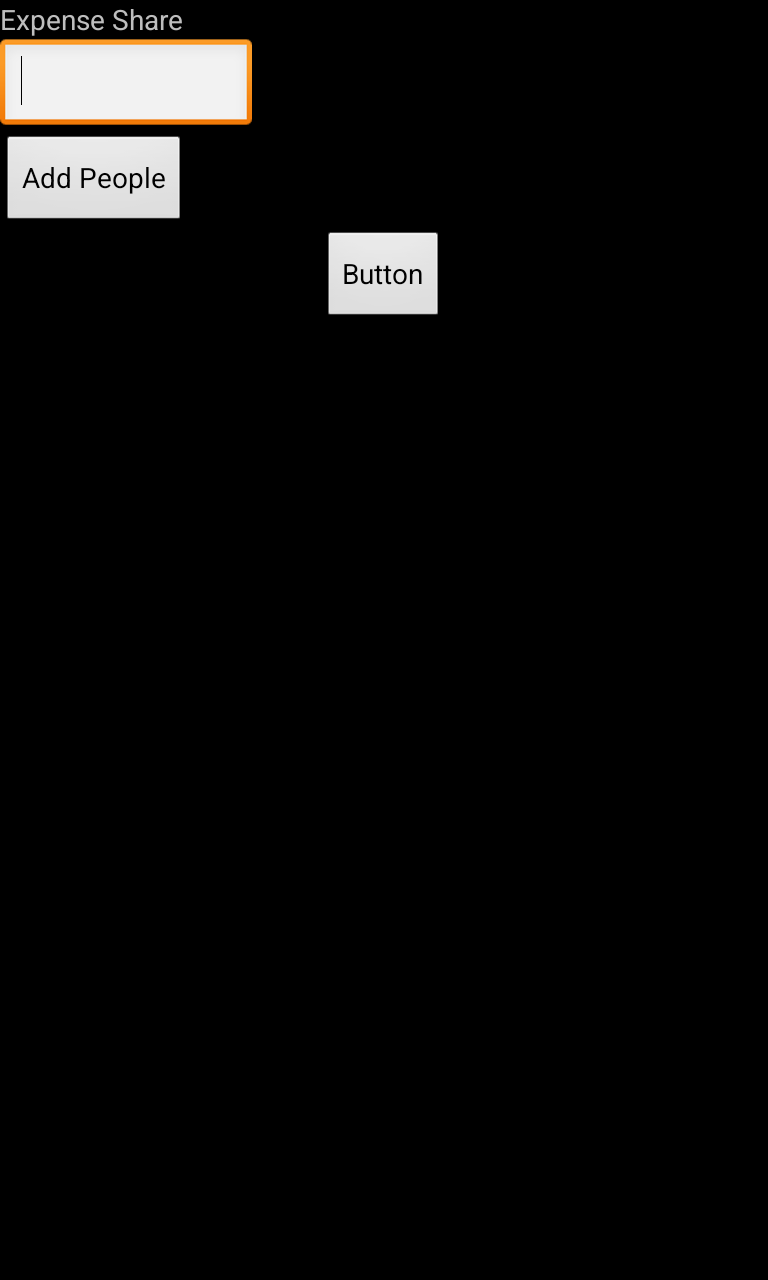
Repository: iyeranan/Expenses
Layout: Expenses/res/layout/main.xml
These files come from the project's save history. The layout is drawn as it stood at one moment and after the next save; the edit follows.
It is drawn on a 768 x 1280 px phone screen (xhdpi) without system bars, with theme android:Theme; the app's code is not run.

Above is the layout before, as saved 2012-01-07 19:19:56.

After the next save:
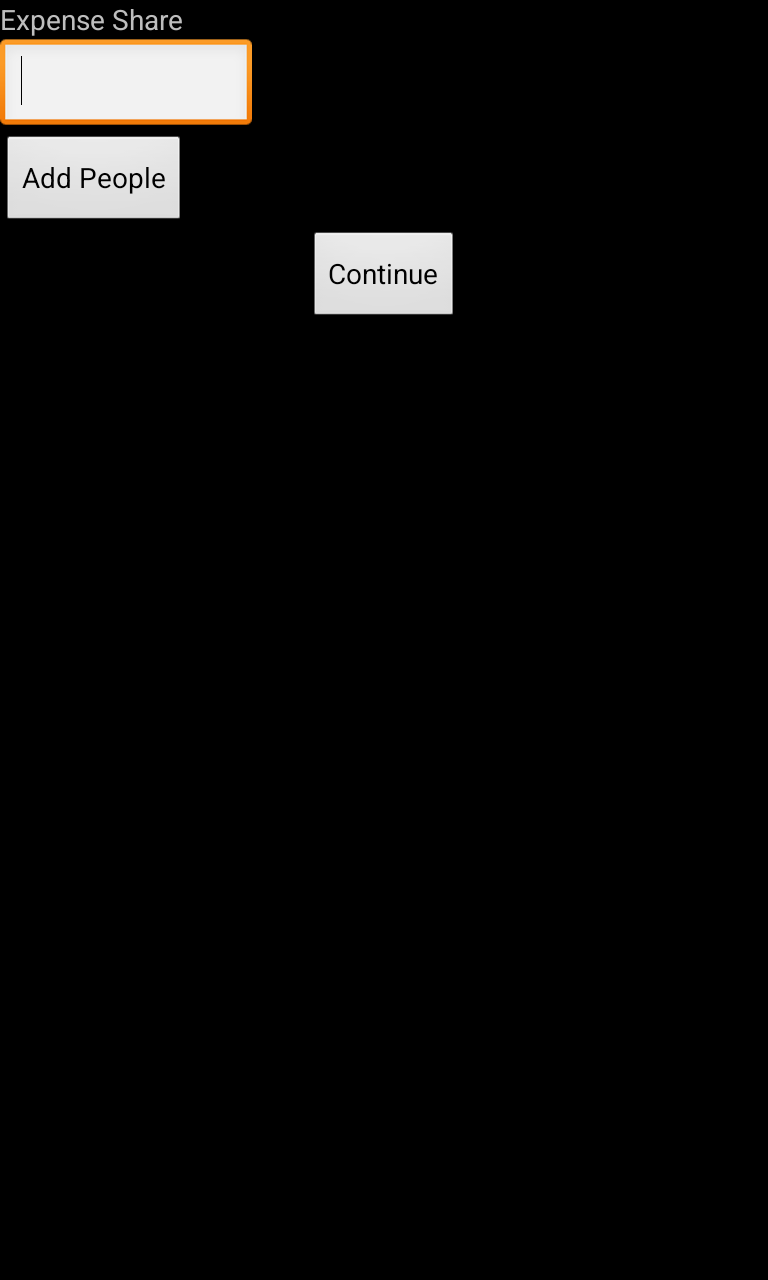
Saved 5 min 44 s later.
--- a/Expenses/res/layout/main.xml
+++ b/Expenses/res/layout/main.xml
@@ -17,5 +17,5 @@
     <TableRow android:id="@+id/tableRow3" android:layout_width="wrap_content" android:layout_height="wrap_content"></TableRow>
     <TableRow android:id="@+id/tableRow4" android:layout_width="wrap_content" android:layout_height="wrap_content"></TableRow>
 </TableLayout>
-<Button android:id="@+id/button1" android:text="Button" android:layout_height="wrap_content" android:layout_width="wrap_content" android:layout_gravity="center_vertical|center_horizontal"></Button>
+<Button android:layout_height="wrap_content" android:layout_width="wrap_content" android:layout_gravity="center_vertical|center_horizontal" android:text="Continue" android:id="@+id/btnContinue"></Button>
 </LinearLayout>
